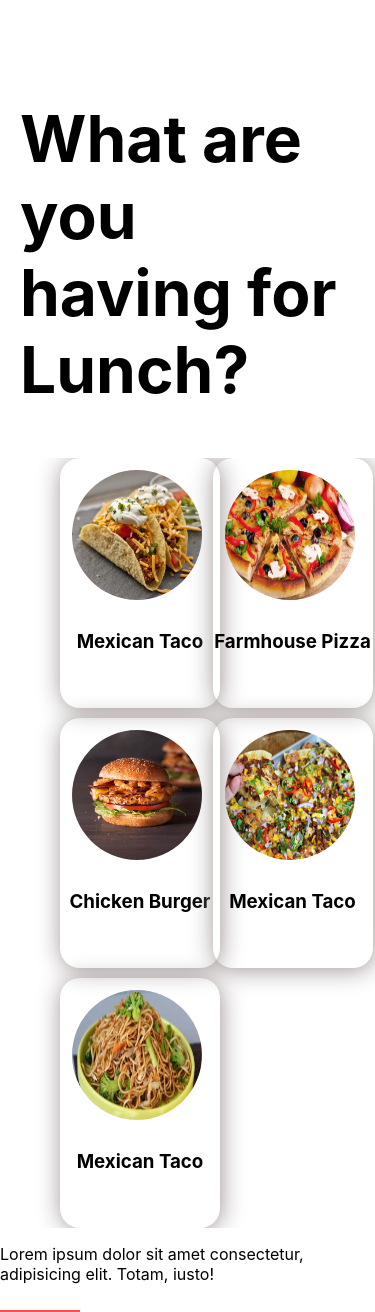
Repository: Marlstergo/assignment2
Page: /
An editor plug-in stored every save of this project. The page is shown before and after the next save, followed by the edit.
The browser window is 375 px wide. The pictures show the whole page.
The project was rebuilt for these pictures with package versions that can differ from the ones it lists, and the page was loaded fresh each time.

Above is the page before, as saved 2021-07-28 15:34:14.

### src/App.js
import logo from "./logo.svg";
import "./App.css";

import Nachos from "./asset/nachos.png";
import Taco from "./asset/taco.png";
import Noodles from "./asset/noodles.png";
import Pizza from "./asset/pizza.png";
import Chicken from "./asset/chicken.png";

function App() {
  return (
    <div className="">
      <div className="full">
        <div className="sidebar">
          <div className="logo">
            <h1>Lorem</h1>

            <h1> Ipsum</h1>
          </div>
          <div className="items">
            <div className="item ">
              <h2 id="currnet">About</h2>
            </div>
            <div className="item">
              <h2 className="">Services</h2>
            </div>
            <div className="item">
              <h2 className="">Cuisine</h2>
            </div>
            <div className="item">
              <h2 className="">Gallery</h2>
            </div>
            <div className="item">
              <h2 className="">Contact</h2>
            </div>
            <div className="item">
              <h2 className="">Book</h2>
            </div>
            <div className="item">
              <button className="button">Cart</button>
            </div>
          </div>
        </div>
        <div className="main-view">
          <div className="hero">
            <div className="title">
              <h1 className="">What are you having for Lunch?</h1>
            </div>
            <div className="paragraph">
              <p className="">
                Lorem ipsum dolor sit amet consectetur, adipisicing elit. Totam,
                iusto!
              </p>
              <div className="divider" />
            </div>
          </div>
          <div className="row">
            <div className="cell">
              <div className="imagediv">
                {/* image */}
                <img src={Taco} alt="tago" className="" />
              </div>
              <div className="text-field">
                <h3 className="">Mexican Taco</h3>
              </div>
            </div>
            <div className="cell">
              <div className="imagediv">
                <img src={Pizza} alt="pizza" className="" />
                {/* image */}
              </div>
              <div className="text-field">
                <h3 className="">Farmhouse Pizza</h3>
              </div>
            </div>
            <div className="cell">
              <div className="imagediv">
                {/* image */}
                <img src={Chicken} alt="chicken" className="" />
              </div>
              <div className="text-field">
                <h3 className="">Chicken Burger</h3>
              </div>
            </div>
            <div className="cell">
              <div className="imagediv">
                {/* image */}
                <img src={Nachos} alt="nachos" className="" />
              </div>
              <div className="text-field">
                <h3 className="">Mexican Taco</h3>
              </div>
            </div>
            <div className="cell">
              <div className="imagediv">
                {/* image */}
                <img src={Noodles} alt="noodles" className="" />
              </div>
              <div className="text-field">
                <h3 className="">Mexican Taco</h3>
              </div>
            </div>
          </div>
          <div className="footerparagraph">
            <div className="paragraph2">
              <p className="">
                Lorem ipsum dolor sit amet consectetur, adipisicing elit. Totam,
                iusto!
              </p>
              <div className="divider" />
            </div>
          </div>
        </div>
      </div>
    </div>
  );
}

export default App;

### src/App.css
.container {
  height: 100vh;
  width: 100%;
  overflow: hidden;
  /* padding-left: 1.5rem;
  padding-right: 1.5rem; */
}

@media screen and (min-width: 640px) {
  .container {
    max-width: 640px;
    margin: 0 auto;
  }
}

@media screen and (min-width: 768px) {
  .container {
    max-width: 768px;
  }
  .sidebar {
    display: none;
  }
}

@media screen and (min-width: 1024px) {
  .container {
    max-width: 1024px;
    /* padding-left: 4rem;
    padding-right: 4rem; */
  }
}

@media screen and (min-width: 1280px) {
  .container {
    max-width: 1280px;
    /* padding-left: 5rem;
    padding-right: 5rem; */
  }
  .sidebar {
    display: none;
  }
}

@media screen and (min-width: 1536px) {
  .container {
    max-width: 1536px;
  }
}

.full {
  display: grid;
  grid-template-columns: repeat(9, minmax(0, 1fr));
  height: 100%;
}

.sidebar {
  grid-column: span 2 / span 2;
  padding-left: 40px;
  /* margin: auto 0; */
}
.logo {
  height: 175px;
  display: flex;
  /* align-items: center; */
  flex-direction: column;
  justify-content: center;
}

.items {
}

.item {
  color: rgb(101, 106, 104);
  font-weight: 100;
  margin: 5px 0px;
  /* font-size: ; */
  display: flex;
}
.item h2 {
  font-weight: 100;
  font-size: larger;
}

.button {
  padding: 10px 30px;
  font-size: larger;
  border-radius: 50px;
  background-color: rgb(255, 78, 78);
  border: 0;
  color: whitesmoke;
}

.logo h1 {
  padding: auto auto;
}

.main-view {
  grid-column: span 7 / span 7;
}

.row {
  display: flex;
  overflow-x: scroll;
  padding: 40px 0;
}

.hero {
  margin: 50px 0px;
  margin-top: 100px;
  display: grid;
  grid-template-columns: repeat(9, minmax(0, 1fr));
}
.paragraph {
  grid-column: span 3 / span 3;
  padding: 0 50px;
  border: 10px;
}

.divider {
  border-bottom: 2px solid rgb(255, 78, 78);
  /* border-color: rgb(255,78,78); */
  width: 80px;
  height: 10px;
}

.title {
  grid-column: span 6 / span 6;
  font-size: 2rem;
}

h1 {
  margin: 0;
}

.cell {
  margin-left: 20px;
  margin-right: 20px;
  /* background-color: aqua; */
  border-radius: 20px;
  height: 250px;
  width: 160px;
  box-shadow: 1px 2px 24px rgb(158, 148, 148);
}
.cell h3 {
  /* width: 100%; */
  margin: 0 auto;
}

.text-field {
  /* width: 100%; */
  /* margin: auto; */
  margin: 30px 0;
  display: flex;
}

.imagediv {
  margin: 12px;
  height: 130px;
  width: 130px;
  border-radius: 100%;
  overflow: hidden;
  display: flex;
  justify-content: center;
  align-items: center;
}

img {
  width: 100%;
  height: 100%;
}

#currnet {
  border-bottom: 2px solid rgb(255, 78, 78);
  text-decoration: underline;
  text-decoration: rgb(255, 78, 78);
}

@media screen and (max-width: 480px) {
  .main-view {
    grid-column: span 9 / span 9;
  }
  .sidebar {
    background-color: lightgreen;
    display: none;
  }
  .hero {
    display: block;
    padding: 0 20px;
  }
  .paragraph {
    display: none;
  }
  .row {
    display: grid;
    grid-template-columns: repeat(2, minmax(0, 1fr));
    gap: 10px;
    padding: 0 40px;
  }
}
@media screen and (min-width: 481px) {
  .sidebar{
    display: block;
  }
  .paragraph2{
    display: none;
  }
}

Loaded but not shown: public/index.html (common file); src/index.js (common file); src/index.css (common file); src/reportWebVitals.js (common file)

After the next save:
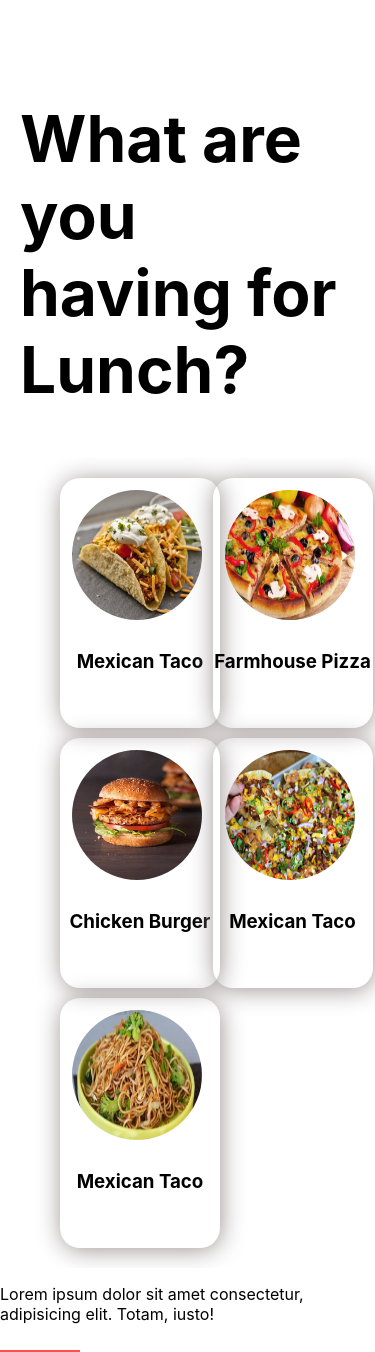
Saved 10 s later.
--- a/src/App.css
+++ b/src/App.css
@@ -194,7 +194,7 @@ img {
     display: grid;
     grid-template-columns: repeat(2, minmax(0, 1fr));
     gap: 10px;
-    padding: 0 40px;
+    padding: 20px 40px;
   }
 }
 @media screen and (min-width: 481px) {
